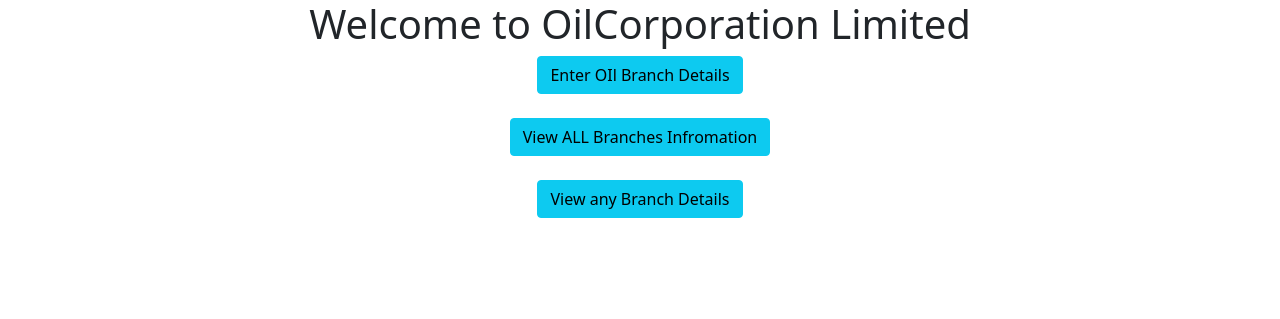
Repository: veerrajuMareddi/demo
Page: http://localhost/OilCorporation/views/index.jsp
The author's editor kept a copy of each file at every save. The page is drawn from the files as they stood at one save, then again after the next save.
The browser window is 1280 px wide. The pictures show the whole page.
The page is served by Tomcat 9.

Above is the page before, as saved 2022-05-02 06:46:02.

After the next save:
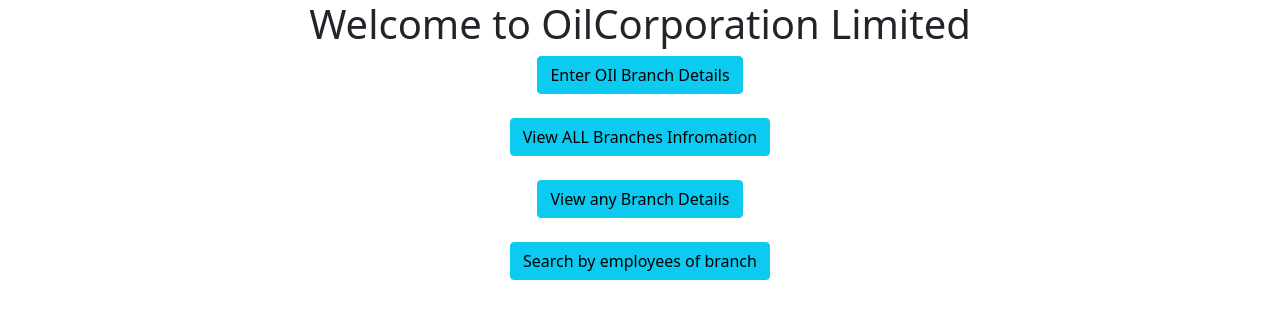
Saved 107 s later.
--- a/OilCorporation/src/main/webapp/views/index.jsp
+++ b/OilCorporation/src/main/webapp/views/index.jsp
@@ -25,6 +25,9 @@
 <br>
 <br>
 <a class="btn btn-info" href="/src/id">View any Branch Details</a>
+<br>
+<br>
+<a class="btn btn-info" href="/src/cid">Search by employees of branch</a>
 </center>
 </body>
 </html>
